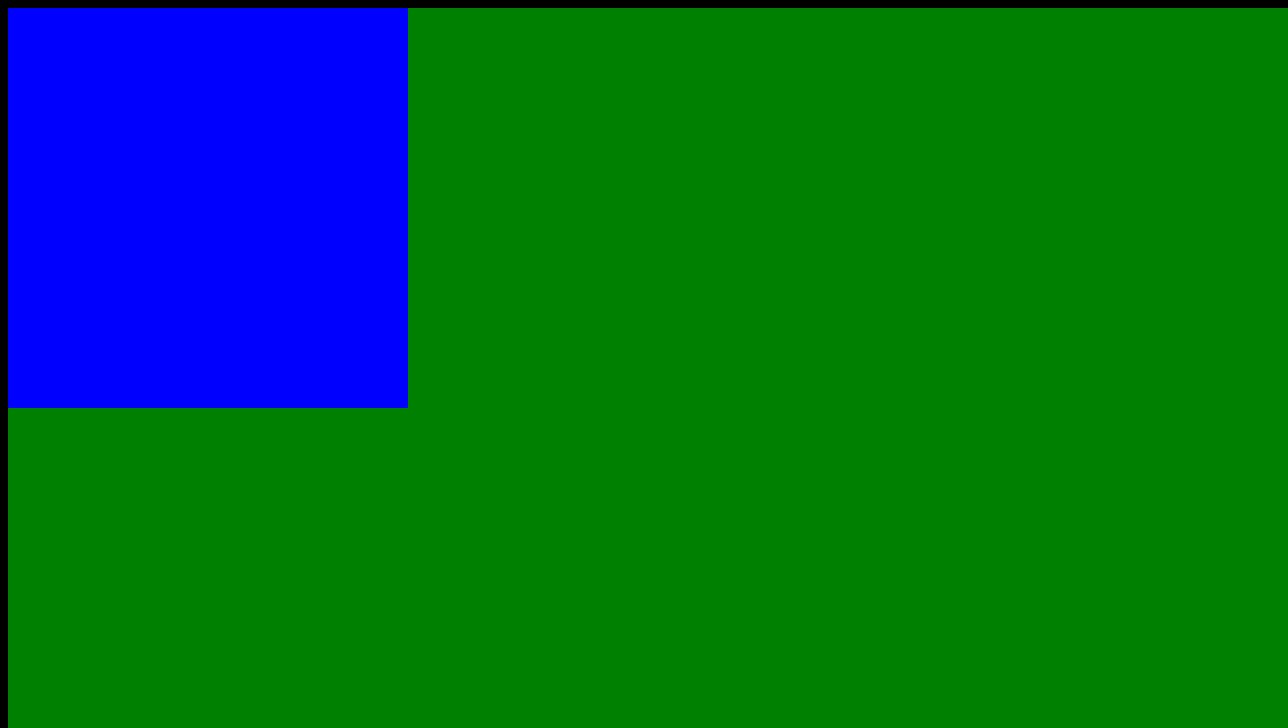
Repository: Lucianorodriguesdev/Projeto-RedeSocial
Page: index.html
An editor plug-in stored every save of this project. The page is shown before and after the next save, followed by the edit.
The browser window is 1280 px wide. The page is 1288 px wide, so the pictures cover 1288 px, including what lies to the right of the window. The pictures show the whole page.

Above is the page before, as saved 2026-07-06 10:22:23.

After the next save:
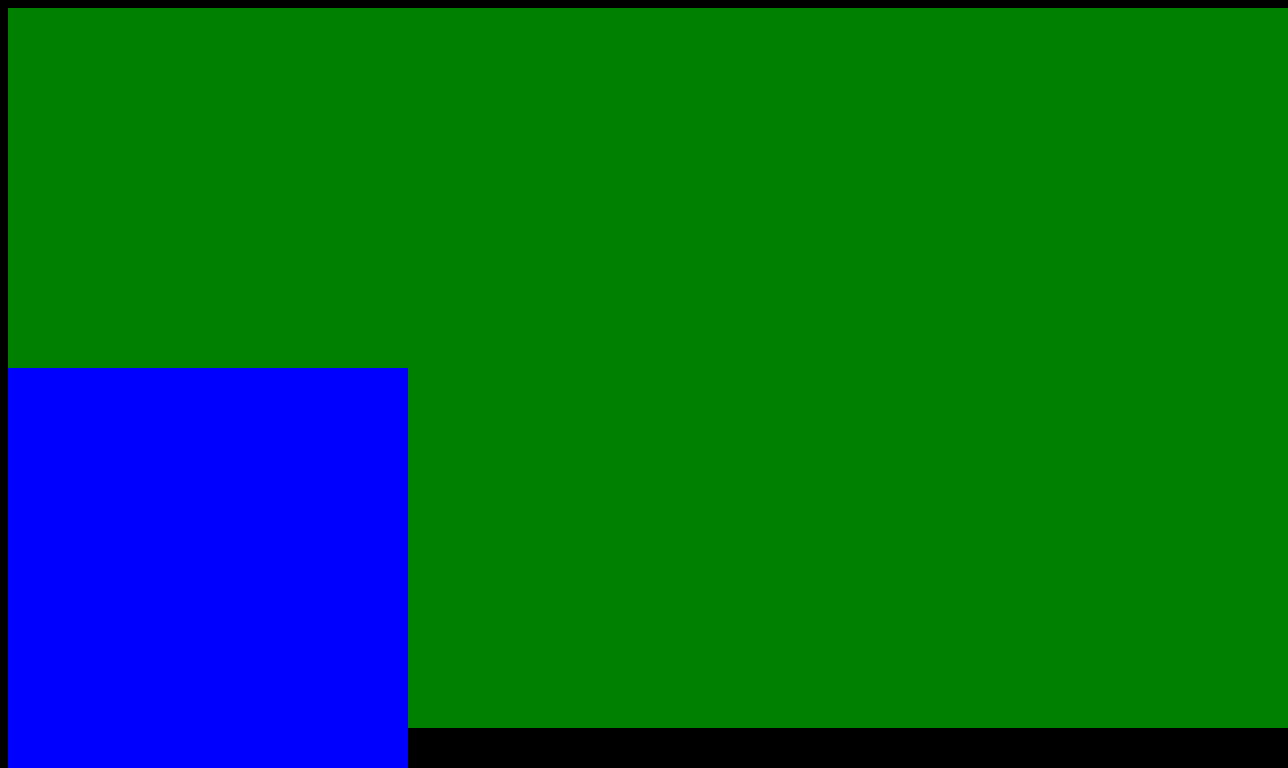
Saved 60 s later.
--- a/estilo/style.css
+++ b/estilo/style.css
@@ -18,4 +18,7 @@
     height: 400px;
     width: 400px;
     background-color: blue;
+    position: absolute;
+    top:50%
+
 }
